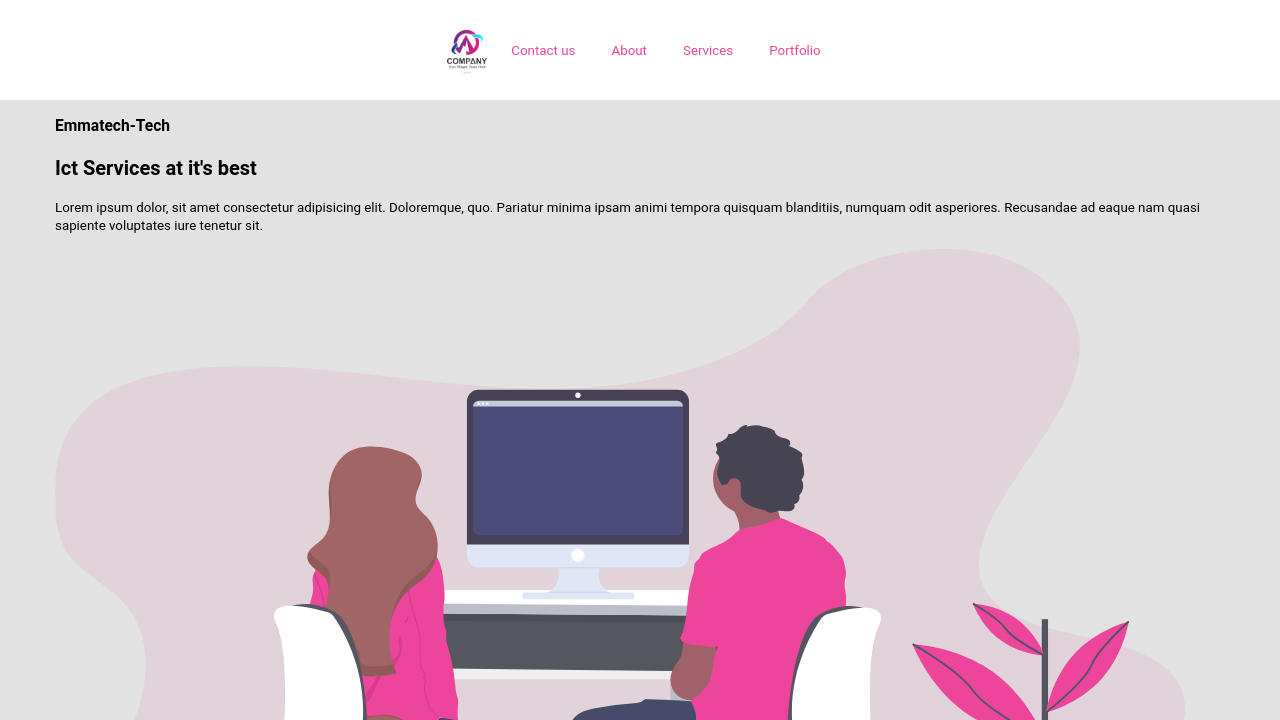
Repository: wisdomspine/emmatech-website
Page: index.html
These files come from the project's save history. The page is drawn as it stood at one moment and after the next save; the edit follows.
The browser window is 1280 px wide. The pictures show the whole page.

Above is the page before, as saved 2020-10-05 11:31:21.

### index.html
<!DOCTYPE html>
<html lang="en">

<head>
    <meta charset="UTF-8">
    <meta name="viewport" content="width=device-width, initial-scale=1.0 max-scale=1.0">
    <title>Emmatech ICT</title>
    <link rel="stylesheet" href="./assets/styles/styles.css">
    <link rel="stylesheet" href="./assets/styles/home-slide.css">
</head>

<body>
    <header class="header">
        <div class="container">
            <img src="./assets/images/logo.png" alt="">
            <nav>
                <ul>
                    <li>
                        <a href="#">Contact us</a>
                    </li>
                    <li>
                        <a href="#">About</a>
                    </li>
                    <li>
                        <a href="#">Services</a>
                    </li>
                    <li>
                        <a href="#">Portfolio</a>
                    </li>
                </ul>
            </nav>
        </div>
    </header>

    <section class="home-slide">
        <div>
            <div class="container">
                <article>
                    <header>
                        <h1>Emmatech-Tech</h1>
                        <h2>Ict Services at it's best</h2>
                    </header>
                    <p>
                        Lorem ipsum dolor, sit amet consectetur adipisicing elit. Doloremque, quo. Pariatur minima ipsam
                        animi tempora quisquam blanditiis, numquam odit asperiores. Recusandae ad eaque nam quasi
                        sapiente voluptates iure tenetur sit.

                    </p>
                </article>
                <div>
                    <img src="./assets/images/slide/slide1.svg" alt="">
                </div>
            </div>
        </div>
        <div>
            <div class="container">
                <article>
                    <header>
                        <h1>Emmatech-Tech</h1>
                        <h2>Ict Services at it's peak</h2>
                    </header>
                    <p>
                        Lorem ipsum dolor, sit amet consectetur adipisicing elit. Doloremque, quo. Pariatur minima ipsam
                        animi tempora quisquam blanditiis, numquam odit asperiores. Recusandae ad eaque nam quasi
                        sapiente voluptates iure tenetur sit.

                    </p>
                </article>
                <div>
                    <img src="./assets/images/slide/slide2.svg" alt="">
                </div>
            </div>
        </div>
        <div>
            <div class="container">
                <article>
                    <header>
                        <h1>Emmatech-Tech</h1>
                        <h2>Ict Services at it's great</h2>
                    </header>
                    <p>
                        Lorem ipsum dolor, sit amet consectetur adipisicing elit. Doloremque, quo. Pariatur minima ipsam
                        animi tempora quisquam blanditiis, numquam odit asperiores. Recusandae ad eaque nam quasi
                        sapiente voluptates iure tenetur sit.

                    </p>
                </article>
                <div>
                    <img src="./assets/images/slide/slide3.svg" alt="">
                </div>
            </div>
        </div>
    </section>
</body>

</html>

### assets/styles/styles.css
@import "./preset.css";
@import "./page-header.css";

.container {
  max-width: 1170px;
  margin-left: auto;
  margin-right: auto;
}

### assets/styles/home-slide.css
@import "./variables.css";

.home-slide {
  height: calc(100vh - var(--header-height));
  overflow: hidden;
}

### assets/styles/preset.css
/* @font-face {
  font-family: "Roboto";
  src: "../fonts/Roboto /Roboto-Regular.ttf";
} */
@import "./variables.css";
* {
  box-sizing: border-box;
  text-rendering: optimizeLegibility;
  -webkit-font-smoothing: antialiased;
  -moz-osx-font-smoothing: grayscale;
  font-kerning: auto;
}
html {
  font-size: 10pt;
  line-height: 1.4;
  font-weight: 400;
  font-family: "Roboto";
  -webkit-text-size-adjust: 100%;
}
body {
  margin: 0;
  background-color: var(--bg-color);
}

a,
a:hover,
a:active,
a:focus {
  text-decoration: none;
}

### assets/styles/page-header.css
@import "./variables.css";
.header {
  display: flex;
  flex-flow: row nowrap;
  justify-content: space-between;
  padding: var(--padding-large);
  height: var(--header-height);
  overflow: hidden;
  background-color: var(--card-color);
}

.header .container {
  display: flex;
  flex-flow: row nowrap;
  justify-content: space-between;
}

.header img {
  display: inline-block;
  height: 100%;
}

.header nav ul {
  list-style: none;
  display: flex;
  flex-flow: row nowrap;
  padding: 0;
  margin: 0;
}

.header nav ul li {
  padding: var(--padding-mid);
}

.header nav ul a {
  color: var(--accent-link-color);
}
.header nav ul a:hover {
  opacity: 0.9;
}

### assets/styles/variables.css
:root {
  --bg-color: #e1e2e1;
  --padding-large: 24px;
  --padding-mid: 18px;
  --header-height: 100px;
  --card-color: #ffffff;
  --accent-link-color: #ed459c;
}

Loaded but not shown: assets/images/slide/slide1.svg (1 lines, source omitted)

After the next save:
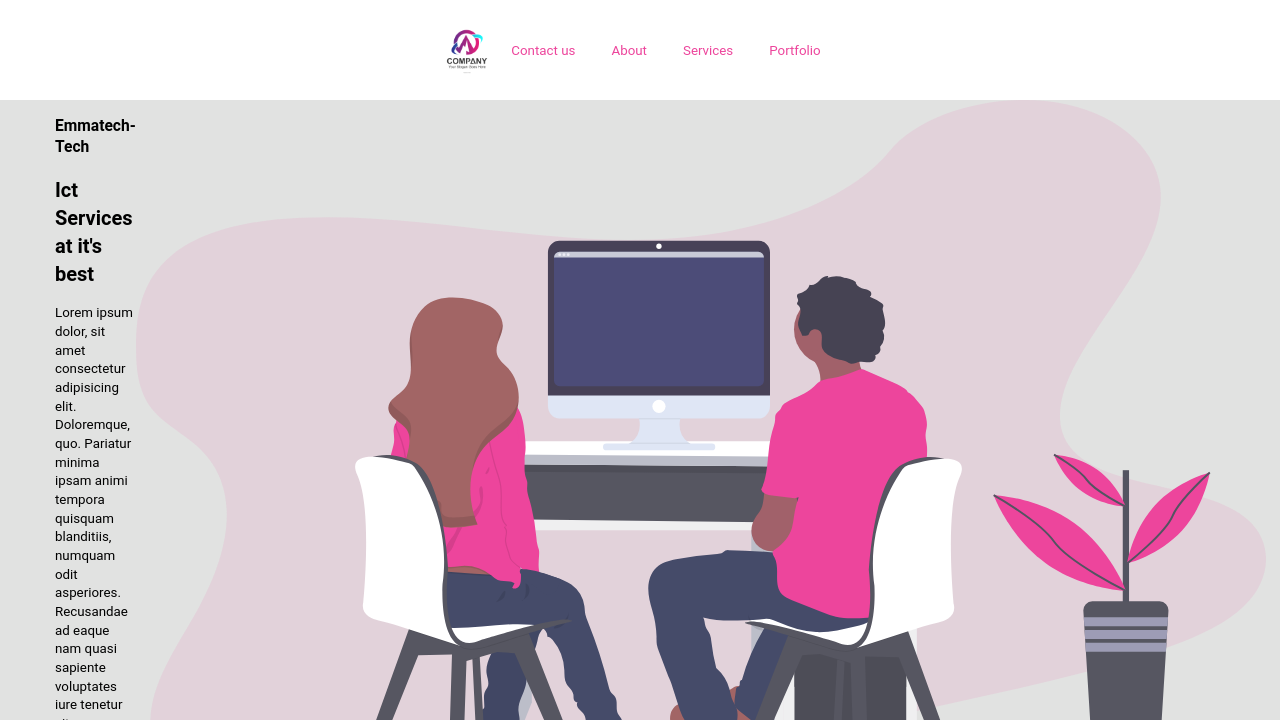
Saved 47 s later.
--- a/assets/styles/home-slide.css
+++ b/assets/styles/home-slide.css
@@ -4,3 +4,8 @@
   height: calc(100vh - var(--header-height));
   overflow: hidden;
 }
+
+.home-slide .container {
+  display: flex;
+  flex-flow: row nowrap;
+}
